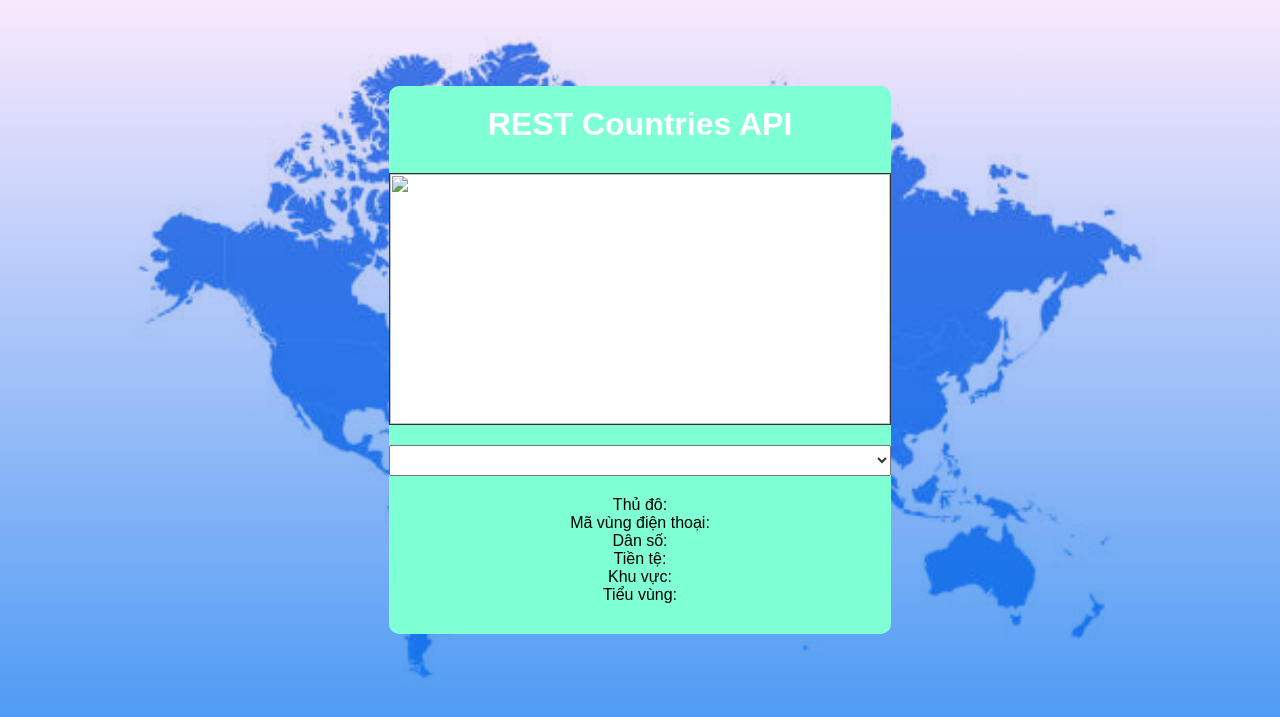
Repository: KhoaTran204/Rest-countries-api-app
Page: index.html
An editor plug-in stored every save of this project. The page is shown before and after the next save, followed by the edit.
The browser window is 1280 px wide. The pictures show the whole page.
The page's requests for data from a server got no answer.

Above is the page before, as saved 2024-04-14 08:49:55.

After the next save:
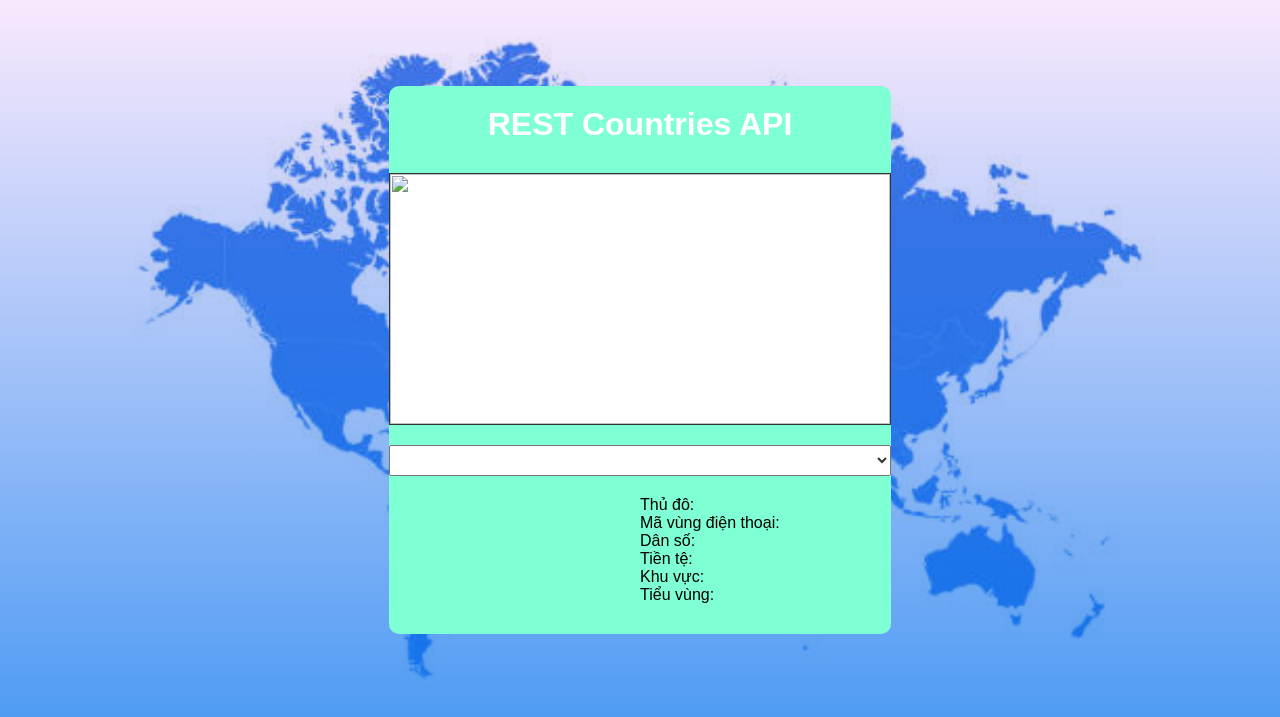
Saved 20 s later.
--- a/style.css
+++ b/style.css
@@ -69,5 +69,5 @@ body {
   text-align-last: center;
 }
 .info {
-  text-align: center;
+  margin-left: 50%;
 }
